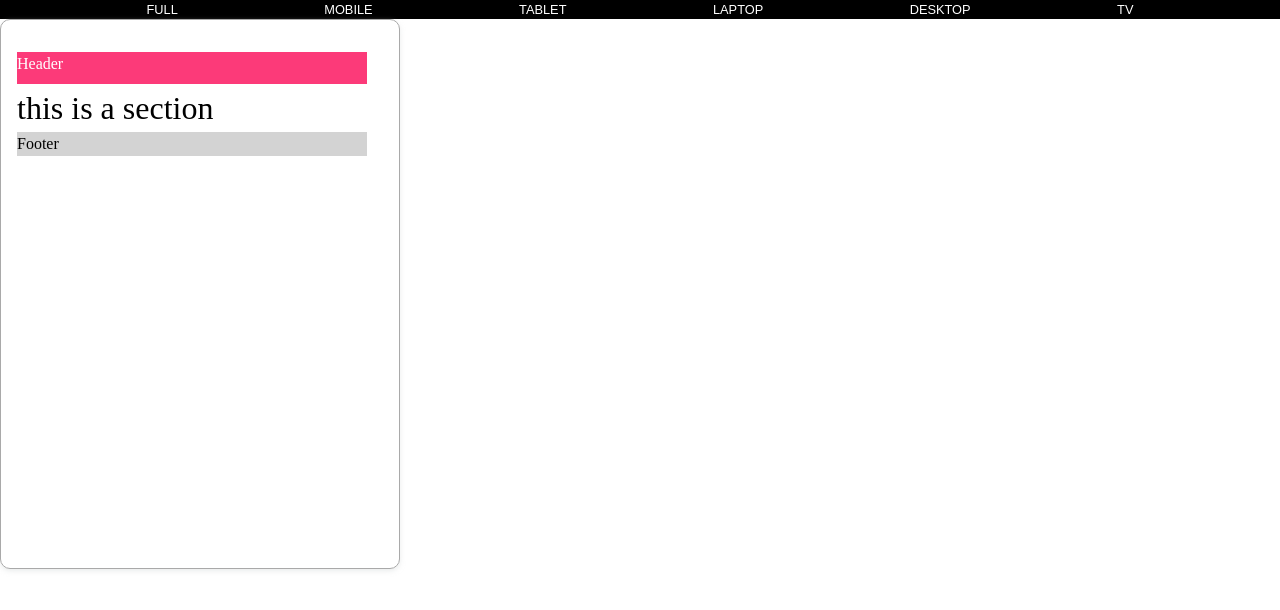
Repository: Terrycoco/coco-playground
Page: /
The author's editor kept a copy of each file at every save. The page is drawn from the files as they stood at one save, then again after the next save.
The browser window is 1280 px wide. The pictures show the whole page.
The project was rebuilt for these pictures with package versions that can differ from the ones it lists, and the page was loaded fresh each time. The framework's server and built-in components were replaced by stand-ins that run in the browser. Also part of the build but not shown: next.config.js.

Above is the page before, as saved 2023-03-20 08:54:46.

### src/app/layout.js
//THIS FILE DEFINES BASIC HTML FOR WHOLE SITE
//YOU CAN OVERWRITE ANY METADATA IN INDIVIDUAL ROUTES ALSO
"use client";
import { Providers } from "./store/provider";
import "./globals.css";
import Header from "@/components/layout/Header.js";
import DeviceHeader from "@/components/layout/DeviceHeader";
import Footer from "@/components/layout/Footer";
import ScreenEmulator from "@/components/layout/ScreenEmulator";

//can't use metadata on files that use client
// export const metadata = {
//   title: "Theme Playground",
//   description: "Theme Playground By Coco",
// };

export default function RootLayout({ children }) {
  return (
    <html lang="en">
      <head>
        <title>Coco Theme Playground</title>
      </head>

      <body>
        <Providers>
          <>
            <DeviceHeader />
            <ScreenEmulator>
              <Header />

              {children}
              <Footer />
            </ScreenEmulator>
          </>
        </Providers>
      </body>
    </html>
  );
}

### src/app/page.js
"use client";
import { useSelector, useDispatch } from "react-redux";
import { selectTheme } from "./store/slices/themeSlice";

export default function Page() {
  const theme = useSelector(selectTheme);
  console.log("page recd theme:", theme);
  return (
    <main>
      <section>this is a section</section>
    </main>
  );
}

// <section id="theme" style={getContainerStyle("section")}>
// <h1 style={getHStyle("h1")}>
//   This the result of your Theme{"   "}
//   <span style={styles.smgray}>(h1)</span>
// </h1>
// <h2 style={getHStyle("h2")}>
//   Your Default Styles Are Shown{"   "}
//   <span style={styles.smgray}>(h2)</span>
// </h2>
// <h3 style={getHStyle("h3")}>
//   You selected {`${levCount - 1}`} levels of headings.
//   <span style={styles.smgray}>(h3)</span>
// </h3>

// <h4 style={getHStyle("h4")}>
//   I am a heading level 4 {"   "}
//   <span style={styles.smgray}>(h4)</span>
// </h4>

// <h5 style={getHStyle("h5")}>
//   I am a heading level 5{"   "}
//   <span style={styles.smgray}>(h5)</span>
// </h5>

// <h6 style={getHStyle("h6")}>
//   I am a heading level 6{"   "}
//   <span style={styles.smgray}>(h6)</span>
// </h6>

// <p data-el="p" style={getTextStyle("p")}>
//   Your theme settings will show up here. These are the default styles
//   for each element, which will be consistent across your project. You
//   can, of course, alter them for individual elements as you see fit.{" "}
//   <span style={styles.smgray}>(p)</span>
// </p>
// <p data-el="p" style={getTextStyle("p")}>
//   This is the paragraph element. To set the font scale among the
//   different headings and at different screen resolutions, go to{" "}
//   <b>SCALE</b>. The rest of the paragraph settings can be found by
//   clicking <b>TEXT</b> <span style={styles.smgray}>(p)</span>
// </p>

// <p data-el="p" style={getTextStyle("p")}>
//   Don't like the spacing? Click <b>CONTAINERS</b> to set default padding
//   and margins for container elements like sections, the header and
//   footer, between paragraphs, etc.{" "}
//   <span style={styles.smgray}>(p)</span>
// </p>
// </section>
// <section id="colors" style={getContainerStyle("section")}>
// <h1 style={getHStyle("h1")}>
//   This the result of your Theme{"   "}
//   <span style={styles.smgray}>(h1)</span>
// </h1>
// <h2 style={getHStyle("h2")}>
//   Your Default Styles Are Shown{"   "}
//   <span style={styles.smgray}>(h2)</span>
// </h2>
// <h3 style={getHStyle("h3")}>
//   You selected {`${levCount - 1}`} levels of headings.
//   <span style={styles.smgray}>(h3)</span>
// </h3>

// <h4 style={getHStyle("h4")}>
//   I am a heading level 4 {"   "}
//   <span style={styles.smgray}>(h4)</span>
// </h4>

// <h5 style={getHStyle("h5")}>
//   I am a heading level 5{"   "}
//   <span style={styles.smgray}>(h5)</span>
// </h5>

// <h6 style={getHStyle("h6")}>
//   I am a heading level 6{"   "}
//   <span style={styles.smgray}>(h6)</span>
// </h6>

// <p data-el="p" style={getTextStyle("p")}>
//   Your typography styles will show up here. These are the default styles
//   for each element, which will be consistent across your project. You
//   can, of course, alter them for individual elements as you see fit.{" "}
//   <span style={styles.smgray}>(p)</span>
// </p>
// <p data-el="p" style={getTextStyle("p")}>
//   This is the paragraph element. To set the font scale among the
//   different headings and at different screen resolutions, go to{" "}
//   <b>SCALE</b>. The rest of the paragraph settings can be found by
//   clicking <b>TYPOGRAPHY</b> <span style={styles.smgray}>(p)</span>
// </p>

// <p data-el="p" style={getTextStyle("p")}>
//   Don't like the spacing? Click <b>SPACING</b> to set default padding
//   and margins for elements like sections, the header and footer, between
//   paragraphs, etc. <span style={styles.smgray}>(p)</span>
// </p>
// </section>

### src/app/store/provider.js
"use client";

import { Provider } from "react-redux";
import store from "./store";

export function Providers({ children }) {
  return <Provider store={store}>{children}</Provider>;
}

### src/app/globals.css
@import "./reset.css";

:root {
  font-size: 1rem;
}
body {
  margin: 0;
  min-height: 100vh;
}

header {
  background-color: black;
  color: white;
}

footer {
  background-color: lightgray;
  color: black;
}

section {
  font-size: 2rem;
}

### src/components/layout/Header.js
"use client";
import React from "react";
import { useSelector } from "react-redux";
import { selectTheme } from "@/slices/themeSlice";
import { selectVariables } from "@/slices/variablesSlice";

function Header() {
  const theme = useSelector(selectTheme);
  const variables = useSelector(selectVariables);

  const getHeaderStyles = () => {
    let styles = { ...theme.containers.header };
    styles.backgroundColor = variables[styles.backgroundColor];
    return styles;
  };

  return <header style={getHeaderStyles()}>Header</header>;
}

export default Header;

### src/components/layout/DeviceHeader.js
"use client";
import { useState, useEffect } from "react";
import { useSelector, useDispatch } from "react-redux";
import {
  selectCurrentDevice,
  updateCurrentDevice,
  updateIsFullScreen,
  selectIsFullScreen,
} from "@/slices/uiSlice";
import { selectDevices } from "@/slices/themeSlice";
import css from "./layout.module.css";

const DeviceHeader = () => {
  const currentDevice = useSelector(selectCurrentDevice);
  const fullScreen = useSelector(selectIsFullScreen);
  const dispatch = useDispatch();
  const devices = useSelector(selectDevices);
  const [userSize, setUserSize] = useState();
  const [userDevice, setUserDevice] = useState();

  useEffect(() => {
    setUserSize(window.innerWidth); //TODO MAKE RESPONSIVE
    setUserDevice(getUserDevice(window.innerWidth, devices));
  }, []);

  const styles = {
    header: {
      fontFamily: "Arial",
    },
    menu: {
      display: "flex",
      flexDirection: "row",
      justifyContent: "space-evenly",
    },
    li: {
      textTransform: "uppercase",
      fontSize: ".8rem",
    },
  };

  const handleSelect = (e) => {
    const dev = e.target.id;
    if (dev === "full") {
      dispatch(updateIsFullScreen(true));
      dispatch(updateCurrentDevice(userDevice));
    } else {
      dispatch(updateCurrentDevice(dev));
      dispatch(updateIsFullScreen(false));
    }
  };

  return (
    <header style={styles.header}>
      <menu style={styles.menu}>
        <li
          id="full"
          style={styles.li}
          onClick={handleSelect}
          className={css.li}
        >
          Full
        </li>
        <li id="mobile" style={styles.li} className={css.li}>
          mobile
        </li>
        <li id="tablet" style={styles.li} className={css.li}>
          tablet
        </li>
        <li id="laptop" style={styles.li} className={css.li}>
          laptop
        </li>
        <li id="desktop" style={styles.li} className={css.li}>
          desktop
        </li>
        <li id="tv" style={styles.li} className={css.li}>
          tv
        </li>
      </menu>
    </header>
  );
};

export default DeviceHeader;

function getUserDevice(size, devices) {
  for (const d in devices) {
    if (devices[d].min <= size && size <= devices[d].max) {
      return d;
    }
  }
}

### src/components/layout/Footer.js
"use client";
import React from "react";

const Footer = () => {
  return <footer>Footer</footer>;
};

export default Footer;

### src/components/layout/ScreenEmulator.js
import { useState, useEffect } from "react";
import { useSelector } from "react-redux";
import { selectCurrentDevice, selectIsFullScreen } from "@/slices/uiSlice";
import { selectDevices, selectDeviceElements } from "@/slices/themeSlice";

const ScreenEmulator = ({ children, ...props }) => {
  const [width, setWidth] = useState("400px");
  const isFullScreen = useSelector(selectIsFullScreen);
  const device = useSelector(selectCurrentDevice);
  const devices = useSelector(selectDevices);
  const [baseFontSize, setBaseFontSize] = useState();
  const fontSizes = useSelector(selectDeviceElements);

  //get some valid heights
  useEffect(() => {
    if (device !== undefined) {
      setWidth(devices[device].min + 100 + "px");
      setBaseFontSize(fontSizes[device].body.fontSize + "px");
    }
  }, [device]);

  const getScreenStyles = () => {
    return {
      border: "1px solid darkgray",
      width: `${width}`,
      fontSize: `${baseFontSize}`,
      paddingLeft: "1rem",
      paddingRight: "2rem",
      paddingTop: "2rem",
      height: "550px",
      overflow: "scroll",
      borderRadius: "10px",
      boxShadow: "rgba(213, 217, 217, 0.5) 0 2px 5px 0",
    };
  };

  if (isFullScreen) return <>{children}</>;
  else return <div style={getScreenStyles()}>{children}</div>;
};

export default ScreenEmulator;

### src/app/store/slices/themeSlice.js
"use client";

import { createSlice, createSelector } from "@reduxjs/toolkit";
import { HYDRATE } from "next-redux-wrapper";
import { currentTheme } from "@/themes";

const initialState = {
  headingCount: currentTheme.headingCount,
  fonts: currentTheme.fonts,
  colors: currentTheme.colors,
  colorVariants: currentTheme.colorVariants,
  devices: currentTheme.devices,
  deviceElements: currentTheme.deviceElements,
  text: currentTheme.text,
  containers: currentTheme.containers,
};

export const themeSlice = createSlice({
  name: "theme",
  initialState,
  reducers: {
    updateText(state, action) {
      state.text[action.payload.element][action.payload.propName] =
        action.payload.value;
    },

    extraReducers: {
      [HYDRATE]: (state, action) => {
        return {
          ...state,
          ...action.payload.theme,
        };
      },
    },
  },
});

export const { updateText } = themeSlice.actions;
export const selectTheme = (state) => state.theme;
export const selectText = (state) => state.theme.text;
export const selectDevices = (state) => state.theme.devices;
export const selectDeviceElements = (state) => state.theme.deviceElements;
export default themeSlice.reducer;

### src/app/store/store.js
"use client"; //anything that will access redux must use client
import { configureStore } from "@reduxjs/toolkit";
import { themeSlice } from "./slices/themeSlice";
import { variablesSlice } from "./slices/variablesSlice";
import { uiSlice } from "./slices/uiSlice";

// config the store
const store = configureStore({
  reducer: {
    [themeSlice.name]: themeSlice.reducer,
    [variablesSlice.name]: variablesSlice.reducer,
    [uiSlice.name]: uiSlice.reducer,
  },
});

// export default the store
console.log("store:", store.getState());
export default store;

### src/app/reset.css
/* Box sizing rules */
*,
*::before,
*::after {
  box-sizing: border-box;
}

/* Remove default margin */
main,
html,
body,
h1,
h2,
h3,
h4,
h5,
h6,
p,
figure,
blockquote,
dl,
dd {
  margin: 0;
  padding: 0;
}

/* Remove list styles on ul, ol elements with a list role, which suggests default styling will be removed */
ul,
menu,
ol {
  list-style: none;
}

/* remove discs from list items */
li {
  list-style-type: none;
}

/* Set core root defaults */
html:focus-within {
  scroll-behavior: smooth;
}

/* Set core body defaults */
body {
  min-height: 100vh;
  text-rendering: optimizeSpeed;
  line-height: 1.5;
}

/* A elements that don't have a class get default styles */
a:not([class]) {
  text-decoration-skip-ink: auto;
}

/* Make images easier to work with */
img,
picture {
  max-width: 100%;
  display: block;
}

menu {
  margin-block-start: 0em;
  margin-block-end: 0em;
  margin-inline-start: 0px;
  margin-inline-end: 0px;
  padding-inline-start: 0px;
}

/* Inherit fonts for inputs and buttons */
input,
button,
textarea,
select {
  font: inherit;
}

/* remove any default font props */
body,
h1,
h2,
h3,
h4,
h5,
h6,
p {
  letter-spacing: normal;
  word-spacing: normal;
  line-height: 1.5;
  font-optical-sizing: auto;
}

/* Remove all animations, transitions and smooth scroll for people that prefer not to see them */
@media (prefers-reduced-motion: reduce) {
  html:focus-within {
    scroll-behavior: auto;
  }

  *,
  *::before,
  *::after {
    animation-duration: 0.01ms !important;
    animation-iteration-count: 1 !important;
    transition-duration: 0.01ms !important;
    scroll-behavior: auto !important;
  }
}

### src/app/store/slices/variablesSlice.js
import { createSlice } from "@reduxjs/toolkit";
import { HYDRATE } from "next-redux-wrapper";
import { currentTheme } from "@/themes";
import { updateColor, updateFont } from "@/app/store/sharedActions";

function toCSS(key) {
  var result = key.replace(/([A-Z])/g, " $1");
  return result.split(" ").join("-").toLowerCase();
}

const getFontVariable = (fontName) => {
  let str = fontName.replaceAll(" ", "-").toLowerCase();
  return `var(--font-${str})`;
};

const loadInitVariables = () => {
  let variables = {};
  let section, prefix;

  //fonts
  section = "fonts";
  prefix = "var(--font-";
  for (const key in currentTheme[section]) {
    variables[`${prefix}${key})`] = getFontVariable(currentTheme[section][key]);
  }

  //colors
  section = "colors";
  prefix = "var(--clr-";
  for (const key in currentTheme[section]) {
    variables[`${prefix}${key})`] = toCSS(currentTheme[section][key]);
  }

  //color variants
  section = "colorVariants";
  prefix = "var(--clr-";
  for (const key in currentTheme[section]) {
    variables[`${prefix}${key})`] = toCSS(currentTheme[section][key]);
  }

  return variables;
};

const initialState = loadInitVariables();

export const variablesSlice = createSlice({
  name: "variables",
  initialState,
  reducers: {
    updateVariable(state, action) {
      state[action.payload.key] = action.payload.value;
    },
  },
  extraReducers: (builder) => {
    builder
      .addCase(updateColor, (state, action) => {
        action.payload.map((obj) => {
          state[obj.themeVar] = obj.value;
        });
      })
      .addCase(updateFont, (state, action) => {
        console.log("got here:", action.payload);
        //theme variable (ie body) has been updated to another font
        state[action.payload.themeVar] = action.payload.fontVar;
      });
  },
});

export const { updateVariable } = variablesSlice.actions;
export const selectVariables = (state) => state.variables;
export default variablesSlice.reducer;

### src/app/store/slices/uiSlice.js
"use client";

//slice for ui state

import { createSlice, createSelector } from "@reduxjs/toolkit";
import { HYDRATE } from "next-redux-wrapper";

const initialState = {
  currentForm: "",
  currentDevice: "",
  isFullScreen: true,
  isDrawerOpen: false,
  currentTab: 1,
};

export const uiSlice = createSlice({
  name: "ui",
  initialState,
  reducers: {
    updateCurrentForm(state, action) {
      state.currentForm = action.payload;
    },
    updateCurrentTab(state, action) {
      state.currentTab = action.payload;
    },
    updateCurrentDevice(state, action) {
      state.currentDevice = action.payload;
    },
    updateIsDrawerOpen(state, action) {
      state.isDrawerOpen = action.payload;
    },
    updateIsFullScreen(state, action) {
      state.isFullScreen = action.payload;
    },

    extraReducers: {
      [HYDRATE]: (state, action) => {
        return {
          ...state,
          ...action.payload.ui,
        };
      },
    },
  },
});

export const {
  updateCurrentForm,
  updateCurrentDevice,
  updateCurrentTab,
  updateIsDrawerOpen,
  updateIsFullScreen,
} = uiSlice.actions;
export const selectCurrentDevice = (state) => state.currentDevice;
export const selectCurrentTab = (state) => state.currentTab;
export const selectCurrentForm = (state) => state.currentForm;
export const selectIsDrawerOpen = (state) => state.isDrawerOpen;
export const selectIsFullScreen = (state) => state.isFullScreen;
export default uiSlice.reducer;

### src/components/layout/layout.module.css
.li:hover {
  font-weight: 700;
}

### src/themes/index.js
import init from "./init";

module.exports = { currentTheme: init };

### src/app/store/sharedActions.js
import { createAction } from "@reduxjs/toolkit";
const varKeys = [75, 50, 25, 10, 5];

const updateColor = createAction("UPDATE_COLOR", function prepare(obj) {
  //any time theme color is updated, so are variants so pass those in with the payload
  console.log("shared updateColor", obj);
  let key = obj.key;
  let payloadVal = [];
  let newhex = obj.value;
  if (key !== "error" && key !== "whitish") {
    varKeys.map((pct) => {
      let variantKey = `${key}${pct}`;
      let val = getPctOfHex(newhex, pct);
      payloadVal.push({
        key: variantKey,
        value: val,
        section: "variants",
        themeVar: `var(--clr-${variantKey})`,
      });
    });
  }
  //push original one
  payloadVal.push({
    key: key,
    value: newhex,
    section: "themed",
    themeVar: `var(--clr-${key})`,
  });
  //console.log("newpayload:", payloadVal);
  return { payload: payloadVal };
});

const updateFont = createAction("UPDATE_FONT", function prepare(obj) {
  console.log("fontobj:", obj);
  /*shape of font payload
      propName: "body",
      name: "Gelasio",
      themeVar: "var(--font-body)",
      fontVar: "var(--font-gelasio)" */

  return { payload: obj };
});

module.exports = { updateColor, updateFont };

// util functions to calculate variant values --------------
function hexToHSL(H) {
  // Convert hex to RGB first
  let r = 0,
    g = 0,
    b = 0;
  if (H.length == 4) {
    r = "0x" + H[1] + H[1];
    g = "0x" + H[2] + H[2];
    b = "0x" + H[3] + H[3];
  } else if (H.length == 7) {
    r = "0x" + H[1] + H[2];
    g = "0x" + H[3] + H[4];
    b = "0x" + H[5] + H[6];
  }
  // Then to HSL
  r /= 255;
  g /= 255;
  b /= 255;
  let cmin = Math.min(r, g, b),
    cmax = Math.max(r, g, b),
    delta = cmax - cmin,
    h = 0,
    s = 0,
    l = 0;

  if (delta == 0) h = 0;
  else if (cmax == r) h = ((g - b) / delta) % 6;
  else if (cmax == g) h = (b - r) / delta + 2;
  else h = (r - g) / delta + 4;

  h = Math.round(h * 60);

  if (h < 0) h += 360;

  l = (cmax + cmin) / 2;
  s = delta == 0 ? 0 : delta / (1 - Math.abs(2 * l - 1));
  s = +(s * 100).toFixed(1);
  l = +(l * 100).toFixed(1);

  return { h: h, s: s, l: l };
}
function getPctOfHex(hex, pct) {
  //incoming pct is pct opacity of orig color
  let inverted = 100 - pct;
  //convert incoming to hsl
  let hsl = hexToHSL(hex);

  //current lightness is 0%;
  let currentLightPct = hsl.l;
  let remainingLightPct = 100 - currentLightPct;
  let onepct = remainingLightPct / 100;
  let desiredPct = onepct * inverted + currentLightPct;
  let result = HSLToHex(hsl.h, hsl.s, desiredPct);
  return result;
}
function HSLToHex(h, s, l) {
  s /= 100;
  l /= 100;

  let c = (1 - Math.abs(2 * l - 1)) * s,
    x = c * (1 - Math.abs(((h / 60) % 2) - 1)),
    m = l - c / 2,
    r = 0,
    g = 0,
    b = 0;

  if (0 <= h && h < 60) {
    r = c;
    g = x;
    b = 0;
  } else if (60 <= h && h < 120) {
    r = x;
    g = c;
    b = 0;
  } else if (120 <= h && h < 180) {
    r = 0;
    g = c;
    b = x;
  } else if (180 <= h && h < 240) {
    r = 0;
    g = x;
    b = c;
  } else if (240 <= h && h < 300) {
    r = x;
    g = 0;
    b = c;
  } else if (300 <= h && h < 360) {
    r = c;
    g = 0;
    b = x;
  }
  // Having obtained RGB, convert channels to hex
  r = Math.round((r + m) * 255).toString(16);
  g = Math.round((g + m) * 255).toString(16);
  b = Math.round((b + m) * 255).toString(16);

  // Prepend 0s, if necessary
  if (r.length == 1) r = "0" + r;
  if (g.length == 1) g = "0" + g;
  if (b.length == 1) b = "0" + b;

  return "#" + r + g + b;
}

### src/themes/init.js
//to use, import this file and set this as currentTheme in /src/themes/index
const headingCount = 1;

const fonts = {
  body: "Times",
  display: "Times",
  special: "Times",
  mono: "Times",
  forms: "Arial",
};

const deviceElements = {
  mobile: {
    body: {
      fontSize: "18",
      lineHeight: "1.5",
    },
    h1: {
      fontSize: "40",
      lineHeight: "1.16",
    },
  },
  tablet: {
    body: {
      fontSize: "19",
      lineHeight: "1.5",
    },
    h1: {
      fontSize: "40",
      lineHeight: "1.16",
    },
  },
  laptop: {
    body: {
      fontSize: "20",
      lineHeight: "1.329",
    },
    h1: {
      fontSize: "52",
      lineHeight: "1.16",
    },
  },
  desktop: {
    body: {
      fontSize: "24",
      lineHeight: "1.345",
    },
    h1: {
      fontSize: "57",
      lineHeight: "1.16",
    },
  },

  tv: {
    body: {
      fontSize: "28",
      lineHeight: "1.391",
    },
    h1: {
      fontSize: "67",
      lineHeight: "1.031",
    },
  },
};

const devices = {
  mobile: {
    min: 320,
    max: 479,
  },

  tablet: {
    min: 480,
    max: 767,
  },

  laptop: {
    min: 768,
    max: 1023,
  },

  desktop: {
    min: 1024,
    max: 1999,
  },

  tv: {
    min: 1200,
    max: 9999,
  },
};

const colors = {
  primary: "#fc3a79",
  secondary: "#fe572e",
  blackish: "#261f22",
  whitish: "#f5f5f4",
  error: "#dc2626",
};

const colorVariants = {
  primary75: "#fd6b99",
  primary50: "#fe9dbb",
  primary25: "#fecedd",
  primary10: "#ffebf1",
  primary5: "#fff5f8",
  secondary75: "#fe8162",
  secondary50: "#feab96",
  secondary25: "#ffd5cb",
  secondary10: "#ffeeea",
  secondary5: "#fff7f5",
  blackish75: "#635158",
  blackish50: "#9c868f",
  blackish25: "#cdc2c7",
  blackish10: "#ebe7e9",
  blackish5: "#f5f3f4",
};

const containers = {
  header: {
    backgroundColor: "var(--clr-primary)",
    height: "2rem",
    paddingRight: "0rem",
    paddingLeft: "0rem",
  },
  main: {
    paddingTop: "2rem",
    paddingRight: "0rem",
    paddingBottom: "0rem",
    paddingLeft: "0rem",
  },
  section: {
    paddingTop: "0rem",
    paddingRight: "0rem",
    paddingBottom: "0rem",
    paddingLeft: "0rem",
  },
  article: {
    paddingTop: "0rem",
    paddingRight: "0rem",
    paddingBottom: "0rem",
    paddingLeft: "0rem",
  },
  aside: {
    paddingTop: "0rem",
    paddingRight: "0rem",
    paddingBottom: "0rem",
    paddingLeft: "0rem",
  },
  footer: {
    backgroundColor: "var(--clr-primary50)",
    color: "var(--clr-blackish)",
    height: "0rem",
    paddingTop: "0rem",
    paddingRight: "0rem",
    paddingBottom: "0rem",
    paddingLeft: "0rem",
  },
};

const text = {
  p: {
    color: "var(--clr-blackish)",
    fontFamily: "var(--font-body)",
    fontWeight: "400",
    fontSize: "var(--fs-body)",
    lineHeight: "var(--lh-body)",
    letterSpacing: "0px",
    wordSpacing: "0px",
    maxWidth: "60ch",
    marginBottom: "1rem",
  },

  h1: {
    color: "var(--clr-blackish)",
    fontFamily: "var(--font-display)",
    fontWeight: "400",
    fontSize: "var(--fs-h1)",
    lineHeight: "var(--lh-h1)",
    letterSpacing: "-1.5px",
    wordSpacing: "-5px",
    maxWidth: "60ch",
    marginBottom: "1rem",
  },

  h2: {
    color: "var(--clr-blackish)",
    fontFamily: "var(--font-display)",
    fontWeight: "400",
    fontSize: "var(--fs-h2)",
    lineHeight: "var(--lh-h2)",
    letterSpacing: "-1.5px",
    wordSpacing: "-5px",
    maxWidth: "60ch",
    marginBottom: "1rem",
  },

  h3: {
    color: "var(--clr-blackish)",

    fontFamily: "var(--font-display)",

    fontWeight: "400",

    fontSize: "1rem",

    lineHeight: "150%",

    letterSpacing: "-1.5px",

    wordSpacing: "-5px",
    maxWidth: "60ch",
    marginBottom: "1rem",
  },

  h4: {
    color: "var(--clr-blackish)",

    fontFamily: "var(--font-display)",

    fontWeight: "400",

    fontSize: "1rem",

    lineHeight: "150%",

    letterSpacing: "-1.5px",

    wordSpacing: "-5px",
    maxWidth: "60ch",
    marginBottom: "1rem",
  },

  h5: {
    color: "var(--clr-blackish)",

    fontFamily: "var(--font-display)",

    fontWeight: "400",

    fontSize: "1rem",

    lineHeight: "150%",

    letterSpacing: "-1.5px",

    wordSpacing: "-5px",
    maxWidth: "60ch",
    marginBottom: "1rem",
  },

  h6: {
    color: "var(--clr-blackish)",

    fontFamily: "var(--font-display)",

    fontWeight: "400",

    fontSize: "1rem",

    lineHeight: "150%",

    letterSpacing: "-1.5px",

    wordSpacing: "-5px",
    marginBottom: "1rem",
  },

  small: {
    color: "var(--clr-blackish)",
    fontFamily: "var(--font-forms)",
    fontWeight: "400",
    fontSize: "var(--fs-sm)",
    lineHeight: "1",
    letterSpacing: "-1.5px",
    wordSpacing: "-5px",
    maxWidth: "60ch",
    marginBottom: "0rem",
  },
};

const theme = {
  headingCount,
  colors,
  colorVariants,
  fonts,
  deviceElements,
  devices,
  containers,
  text,
};

module.exports = {
  headingCount,
  colors,
  colorVariants,
  fonts,
  deviceElements,
  devices,
  containers,
  text,
  theme,
};

After the next save:
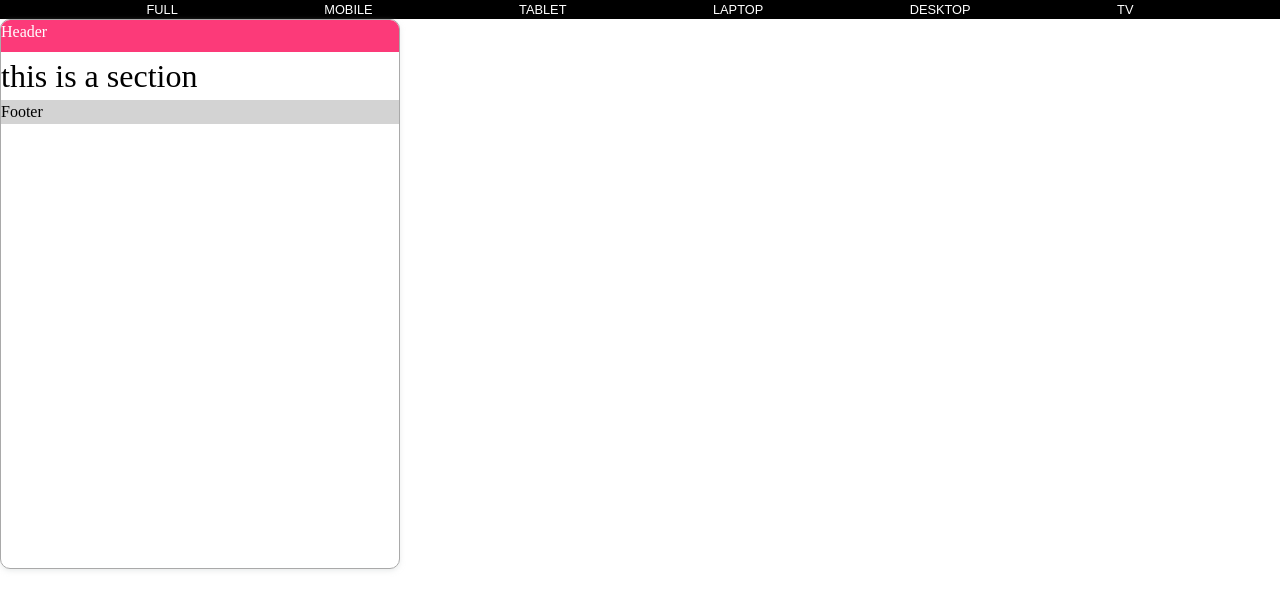
Saved 47 s later.
--- a/src/components/layout/ScreenEmulator.js
+++ b/src/components/layout/ScreenEmulator.js
@@ -24,9 +24,7 @@ const ScreenEmulator = ({ children, ...props }) => {
       border: "1px solid darkgray",
       width: `${width}`,
       fontSize: `${baseFontSize}`,
-      paddingLeft: "1rem",
-      paddingRight: "2rem",
-      paddingTop: "2rem",
+
       height: "550px",
       overflow: "scroll",
       borderRadius: "10px",
